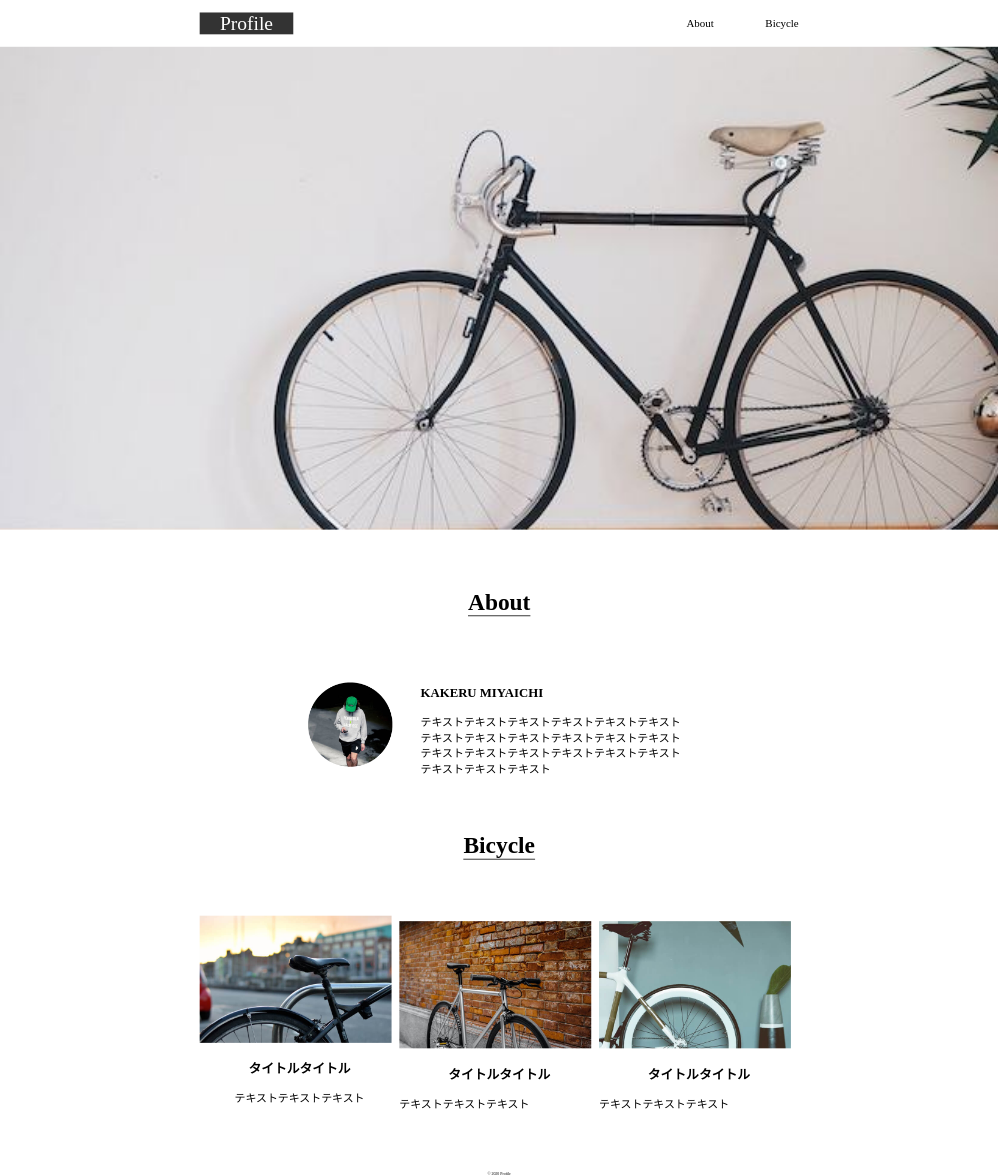
Repository: naoko0513/bike
Page: index.html
The author's editor kept a record of every edit. The page is drawn from the files as they stood at one moment, then again after the next edit.
The browser window is 1280 px wide. The pictures show the whole page, at 78% of full size.

Above is the page before.

### index.html
<!DOCTYPE html>
<html lang="ja">
<head>
    <meta charset="UTF-8">
    <meta name="viewport" content="width=device-width, initial-scale=1.0">
    <meta http-equiv="X-UA-Compatible" content="ie=edge">
    <title>Document</title>
    <link rel="stylesheet" href="stylesheet.css" type="text/css" />
</head>
<body>
    <!-----------トップ（プロファイルの部分）----------->
    <div id="top">
        <div class="header-container">
            <div class="topimage">
                Profile
            </div>
            <div class="menu">
                <p>About</p>
                <p>Bicycle</p>
            </div>
        </div>
    </div>
    <div class="maineimage">
        <img src="images/mainvisual.jpg" alt="自転車"></img>
    </div>
    <!----------------プロフィール部分---------------->
    <div class="blank"></div>
    <div id="about">
        <h2 class="heading">About</h2>
    </div>
        <div id="container">
            <img src="images/about.png" alt="プロフィール画像"></img>
                <div class="text">
                    <h3>KAKERU MIYAICHI</h3>
                    テキストテキストテキストテキストテキストテキストテキストテキストテキストテキストテキストテキストテキストテキストテキストテキストテキストテキストテキストテキストテキスト
                </div>
        </div>
    <!----------------自転車の写真---------------->
    <div class="blank"></div>
    <div id="bicycle">
        <h2 class="heading">Bicycle</h2>
    </div>
    <div id="box">
        <div class="bicycle-text">
            <img src="images/bicycle1.jpg" alt="自転車１の画像"></img>
                <h3>タイトルタイトル</h3>
                <P>テキストテキストテキスト</p>
        </div>
        <div class="bicycle-text">
            <img src="images/bicycle2.jpg" alt="自転車２の画像"></img>
                <h3>タイトルタイトル</h3>
                テキストテキストテキスト
        </div>
        <div class="bicycle-text">
            <img src="images/bicycle3.jpg" alt="自転車３の画像"></img>
                <h3>タイトルタイトル</h3>
                テキストテキストテキスト
        </div>
    </div>
    <div class="blank"></div>
    <div class="footer">© 2020 Profile</div>
</body>

### stylesheet.css
body {
    margin: 0;
    font-size: 14px;
}

#top {
    height: 60px;
}

.header-container {
    margin: 0 auto;
    height: 100%;
    width: 60%;
    display: flex;
    justify-content: space-between;
    align-items: center;
}

.maineimage img {
    width: 100%;
    height: 86vh;
    object-fit: cover;
}

.topimage {
    width: 120px;
    font-size: 25px;
    display: flex;
    justify-content: center;
    color: #FFF;
    background-color: #333333;
}

.menu{
    justify-content: space-between;
    display: flex;
    align-items: flex-end;
    width: 20vh;

}
.maineimage {
    width: 100%;
}

.blank {
    height: 10vh;
}

#about {
    display: flex;
    align-items: stretch;
    justify-content: center;
    font-size: 20px;
}

.heading {
    margin: 0;
    margin-bottom: 10vh;
    border-bottom: solid 1px;
}


#container {
    margin: 0 auto;
    height: 100%;
    display: flex;
    justify-content: center;
    align-items: center;
    width: 60%;
}

#container img {
    margin-right: 5vh;
    width: 15vh;
}

.text {
    font-size: 14px;
    width: 45%;
}

#bicycle {
    align-items: stretch;
    display: flex;
    justify-content: center;
    font-size: 20px;
}

#box {
    display: flex;
    justify-content: space-around;
    align-items: center;
    margin: auto;
    width: 60%;
    height: 100%;

}

.bicycle-text {
    width: 60%;
}

.bicycle-text img {
    width: 96%;

}

.bicycle-text h3 {
    display: flex;
    justify-content: center;
}

.bicycle-text p{
    display: flex;
    justify-content: center;
}

.footer {
    text-align: center;
    font-size: 5px;
}

@media screen and (max-width:480px){
    .header-container{
        width: 95%;
    }
    .maineimage {
        width: 100%;
    }
    #container {
        width: 90%;
        display: flex;
        flex-direction:column;
    }
    .text {
        width: 100%;
    }
    #box {
        width: 95%;
    }
    .bicycle-text {
        width: 100%;
        font-size: 5px;
    }
}

After the next edit:
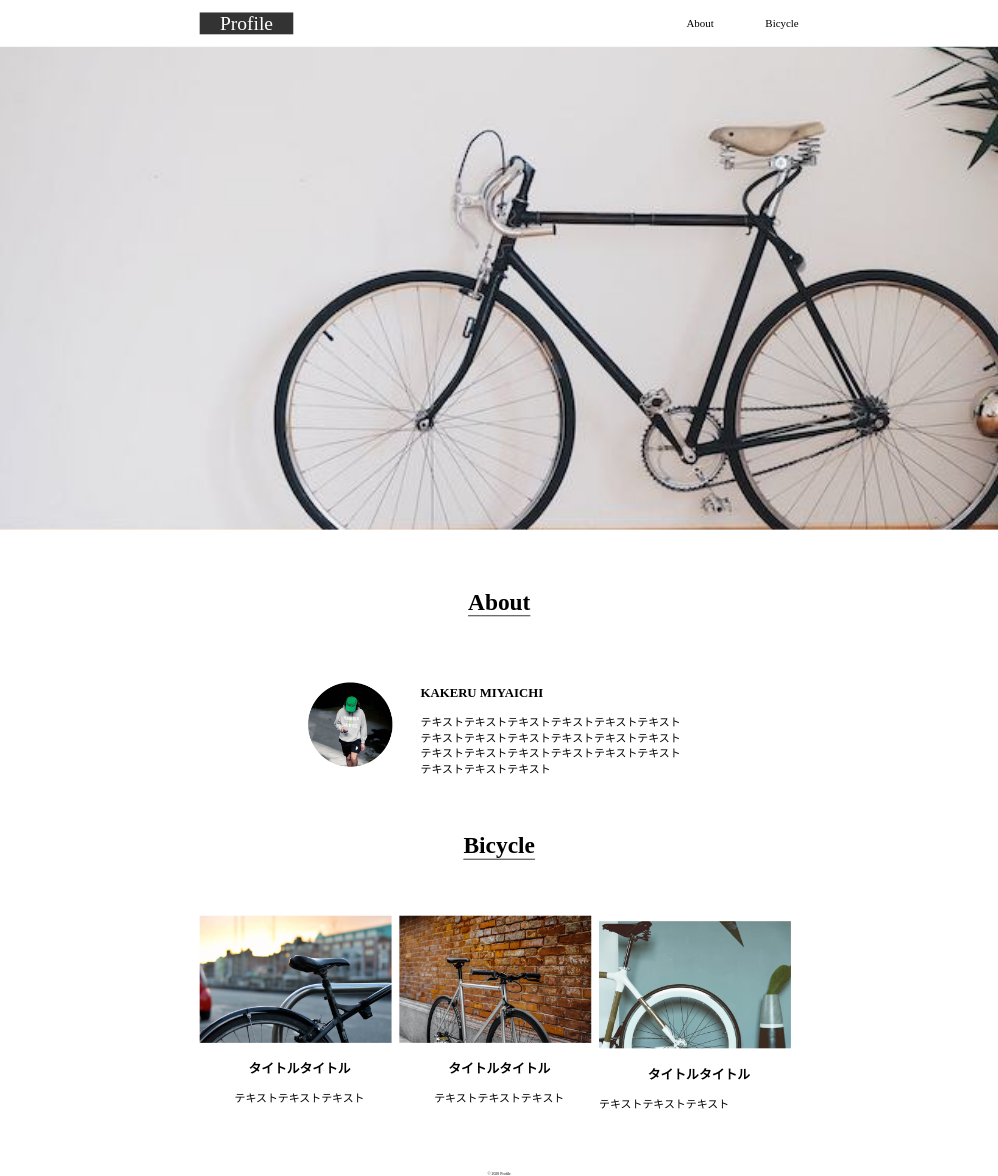
The edit:
--- a/index.html
+++ b/index.html
@@ -49,7 +49,7 @@
         <div class="bicycle-text">
             <img src="images/bicycle2.jpg" alt="自転車２の画像"></img>
                 <h3>タイトルタイトル</h3>
-                テキストテキストテキスト
+                <p>テキストテキストテキスト</p>
         </div>
         <div class="bicycle-text">
             <img src="images/bicycle3.jpg" alt="自転車３の画像"></img>
